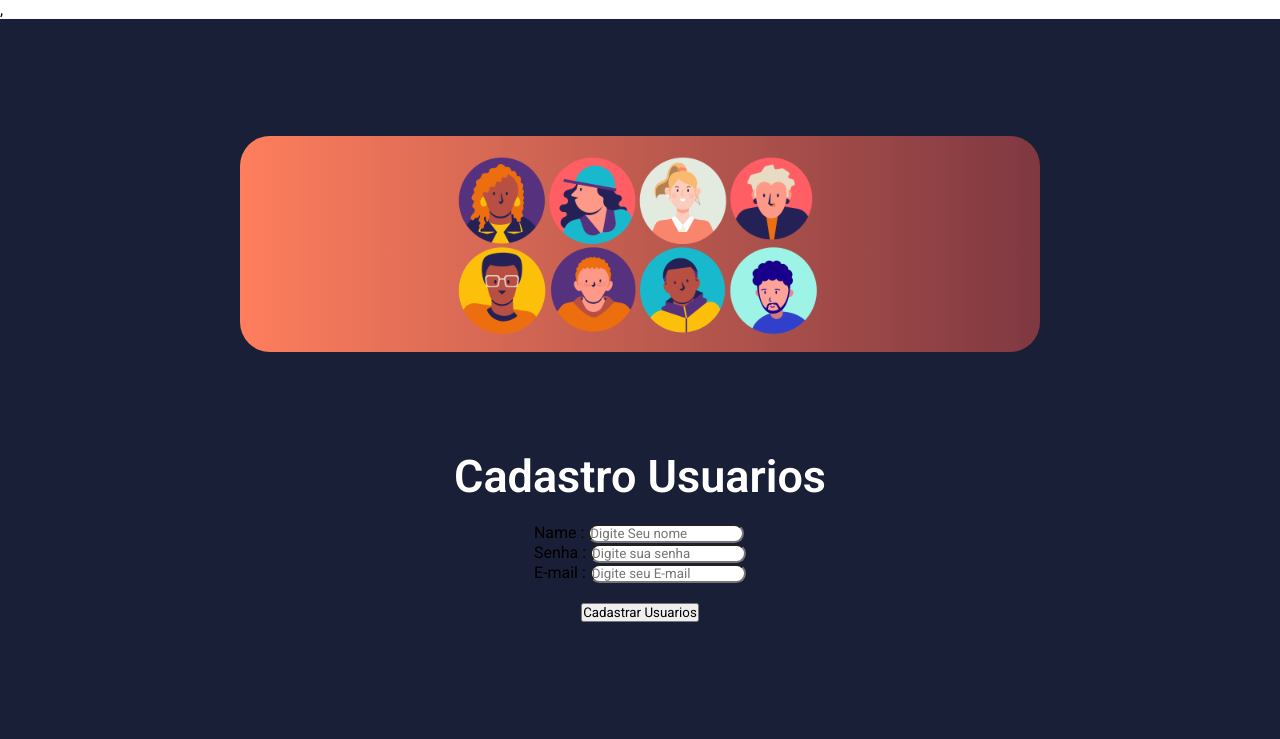
Repository: lcluizrj/meu-projeto-vscode
Page: / (app in cadastro-usuarios-devclub/)
The author's editor kept a copy of each file at every save. The page is drawn from the files as they stood at one save, then again after a run of saves.
The browser window is 1280 px wide. The pictures show the whole page.
The project was rebuilt for these pictures with package versions that can differ from the ones it lists, and the page was loaded fresh each time. Also part of the build but not shown: cadastro-usuarios-devclub/vite.config.js.

Above is the page before, as saved 2026-08-15 17:18:52.

### cadastro-usuarios-devclub/index.html
<!doctype html>
<html lang="en">
  <head>
    <meta charset="UTF-8" />
    <link rel="icon" type="image/svg+xml" href="/favicon.svg" />
    <meta name="viewport" content="width=device-width, initial-scale=1.0" />
    <title>cadastro-usuarios-devclub</title>
    <link rel="preconnect" href="https://fonts.googleapis.com">
    <link rel="preconnect" href="https://fonts.gstatic.com" crossorigin>
    <link href="https://fonts.googleapis.com/css2?family=Poppins:wght@300;600&family=Roboto:ital,wght@0,100..900;1,100..900&display=swap" rel="stylesheet">
  </head>
  <body>
    <div id="root"></div>
    <script type="module" src="/src/main.jsx"></script>
  </body>
</html>

### cadastro-usuarios-devclub/src/main.jsx
import React from 'react'
import ReactDOM from 'react-dom/client'
import {GlobalStyles} from './styles/GlobalStyles.js'
import App from './App.jsx'

ReactDOM.createRoot(document.getElementById('root')).render(
  <React.StrictMode>
    <GlobalStyles/>,
    <App />
  </React.StrictMode>,
)

### cadastro-usuarios-devclub/src/styles/GlobalStyles.js
import { createGlobalStyle } from 'styled-components';

export const GlobalStyles = createGlobalStyle`
      *{
        margin: 0;
        padding:0;
        box-sizing:border-box;
        font-family: "Roboto", sans-serif;
       }

`

### cadastro-usuarios-devclub/src/App.jsx
import {Title, Container, Topbackground, Form, ContainerInputs, InputLabel, Input, Button} from "./styles"

import UsersImage from './assets/users.png'

function Home() {

return (
  <Container>
    <Topbackground>
      <img src={UsersImage} alt="Imagens-Usuarios" />
    </Topbackground>

    <Form>
      <Title> Cadastro Usuarios </Title>
      <ContainerInputs>
      <div>
         <div>
         <InputLabel>
         Name <span>: </span>
         </InputLabel>
         <Input type="text" placeholder="Digite Seu nome" />
         </div>

         <div>
         <InputLabel >
          Senha <span>: </span>
          </InputLabel>
         <Input type="number" placeholder="Digite sua senha"/>
         </div>

      </div>
         <div>
         <InputLabel >
          E-mail <span>: </span>
          </InputLabel>
         <Input type="e-mail" placeholder="Digite seu E-mail"/>
         </div>
      </ContainerInputs>
         <Button>Cadastrar Usuarios</Button>
    </Form>


  </Container>
)

}

export default Home

### cadastro-usuarios-devclub/src/styles.js
import styled from 'styled-components'

export const Container = styled.div `
      background-color: #181f36;
      display: flex;
      flex-direction: column;
      align-items: center;
      justify-content: space-evenly;
      padding: 20px;
      height: 100vh;
`

export const Topbackground= styled.div`
      display: flex;
      align-items: center;
      justify-content: center;
      background:linear-gradient(to right, #fe7e5d,#7f3841) ;
      height: 30vh;
      width: 90vw;
      max-width: 800px;
      border-radius: 30px;

img{
      max-width: 100%;
      max-height: 100%;
   }
`

export const Form = styled.form`
      display: flex;
      flex-direction: column;
      align-items: center;
      gap: 20px;
      max-width: 500px;

`
export const Title = styled.h2 `
      color:#fff ;
      text-align: center;
      font-size: 45px;
      font-style: normal;
      font-weight: 600;


`

export const ContainerInputs = styled.div``

export const Input = styled.input`
      border-radius: 10px;
      border: 1px solid #;



`

export const InputLabel = styled.label``

export const Button = styled.button ``

After the next 3 saves:
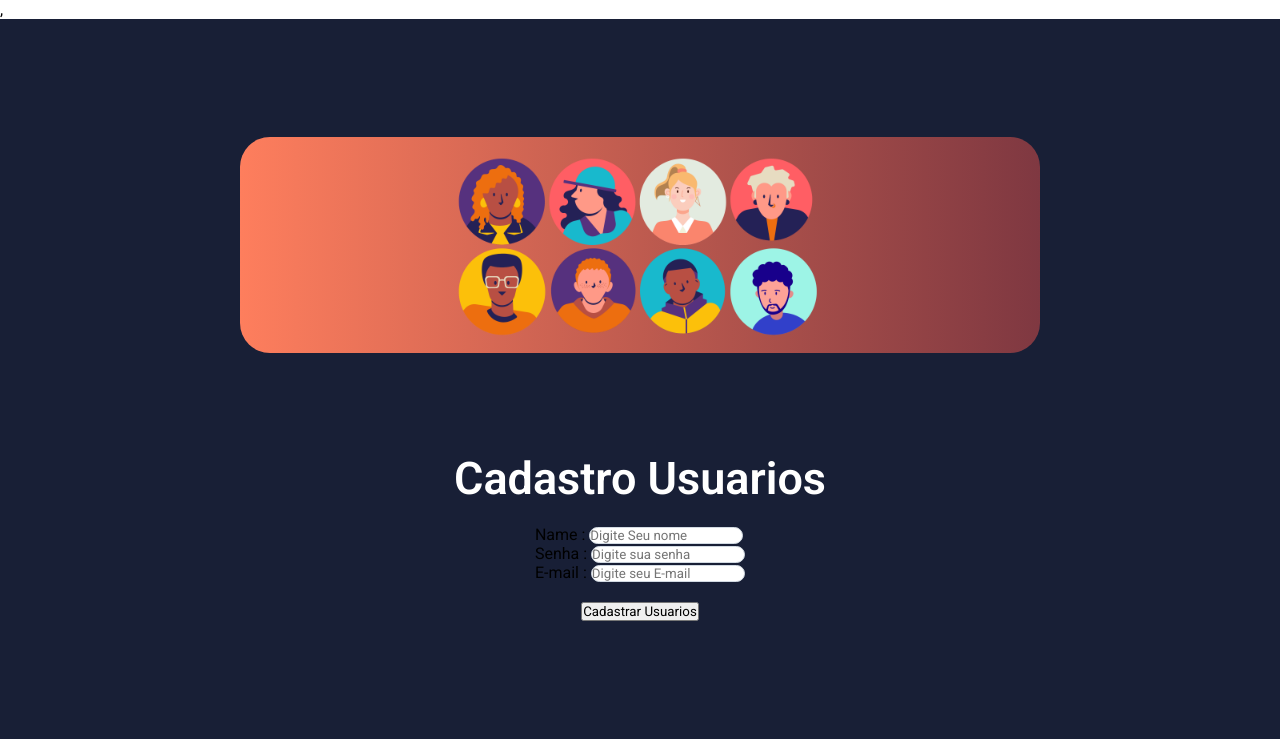
The 3 saves are shown as one change because they came seconds apart.
The last was saved 9 s later.
--- a/cadastro-usuarios-devclub/src/styles.js
+++ b/cadastro-usuarios-devclub/src/styles.js
@@ -48,7 +48,8 @@ export const ContainerInputs = styled.div``
 
 export const Input = styled.input`
       border-radius: 10px;
-      border: 1px solid #;
+      border: 1px solid #d2dae2;
+
 
 
 
